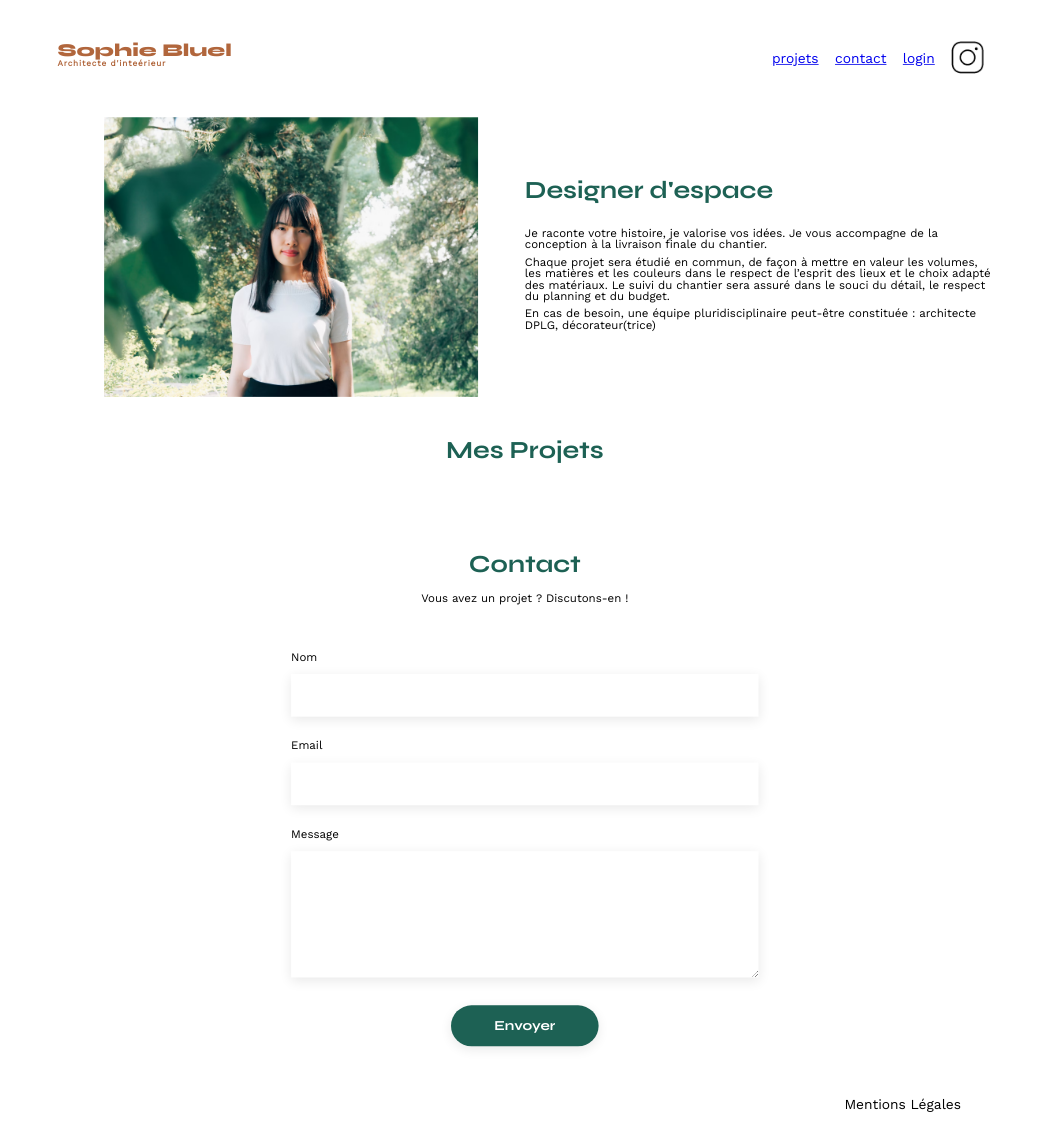
Repository: ByteVoyageur/OC-P6
Page: FrontEnd/index.html
An editor plug-in stored every save of this project. The page is shown before and after the next save, followed by the edit.
The browser window is 1280 px wide. The pictures show the whole page, at 82% of full size.
The page's requests for data from a server got no answer.

Above is the page before, as saved 2023-11-02 10:48:32.
Console error: TypeError: Cannot read properties of null (reading 'addEventListener')

After the next save:
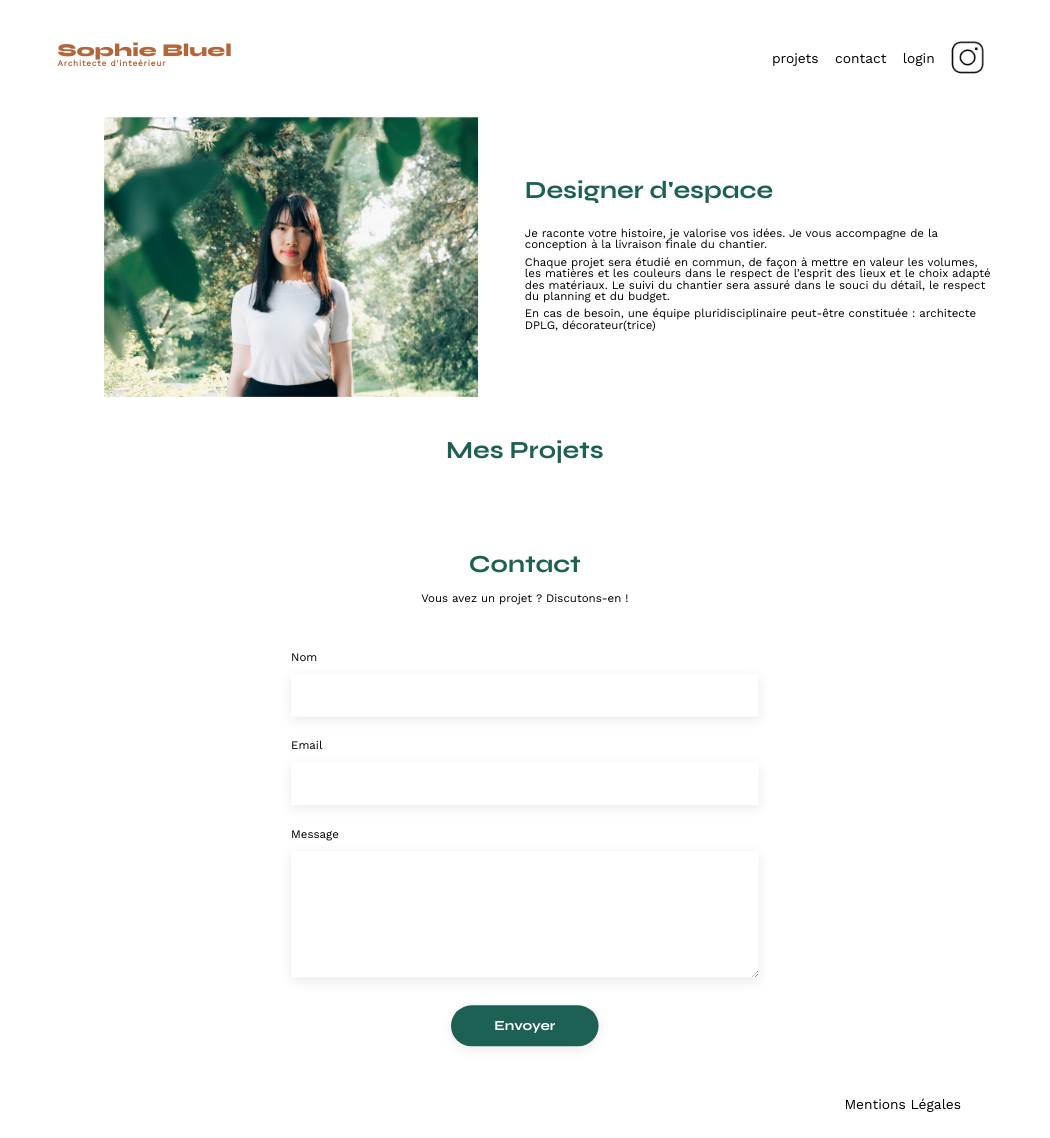
Saved 4 min 7 s later.
--- a/FrontEnd/assets/css/style.css
+++ b/FrontEnd/assets/css/style.css
@@ -188,6 +188,15 @@
   font-size: 1.2em;
 }
 
+a {
+  text-decoration: none;
+  color: inherit;
+}
+
+nav ul li a {
+  color: black;
+}
+
 li:hover {
   color: #b1663c;
 }
